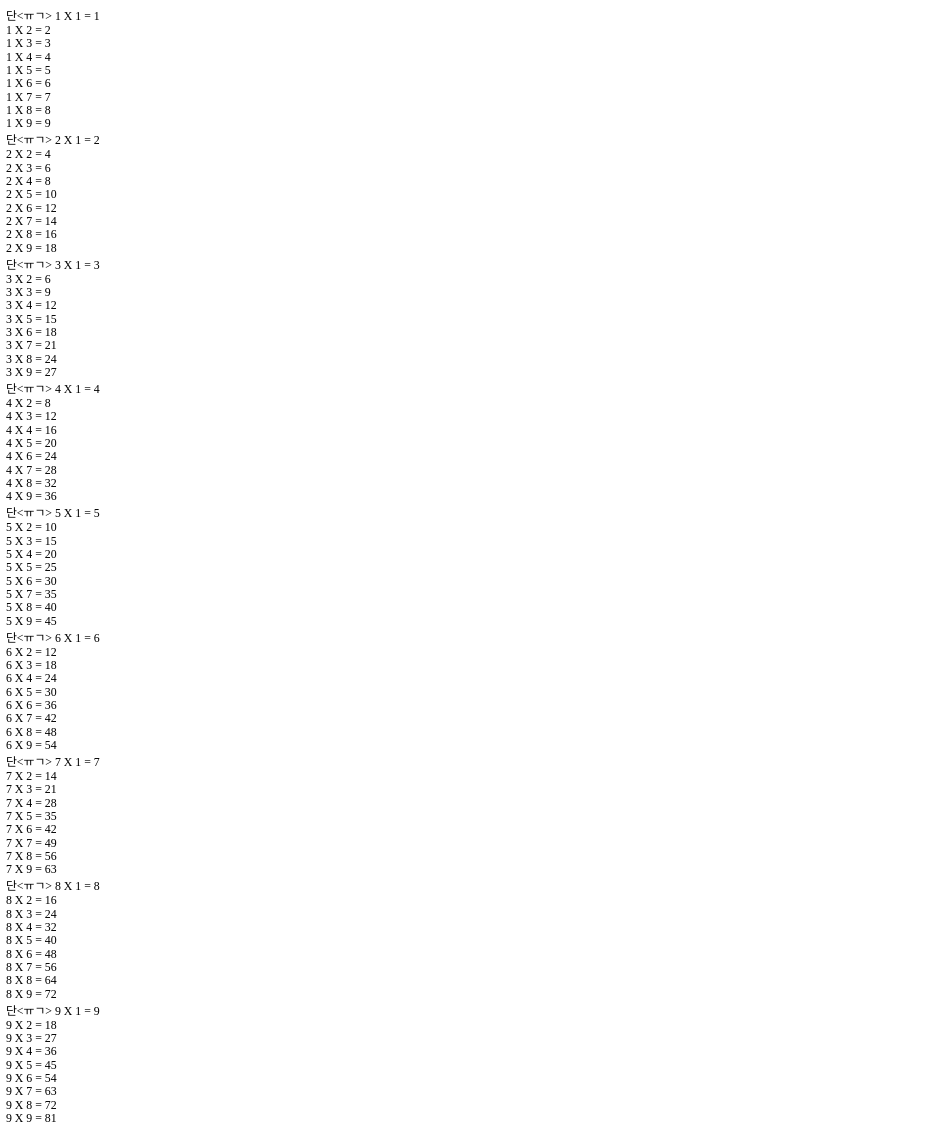
Repository: LeeJungHoon1/javaWeb
Page: http://localhost/ELprj0908_t/ex9
The author's editor kept a copy of each file at every save. The page is drawn from the files as they stood at one save, then again after the next save.
The browser window is 1280 px wide. The pictures show the whole page, at 74% of full size.
The page is served by Tomcat 9.

Above is the page before, as saved 2023-09-08 06:16:58.

After the next save:
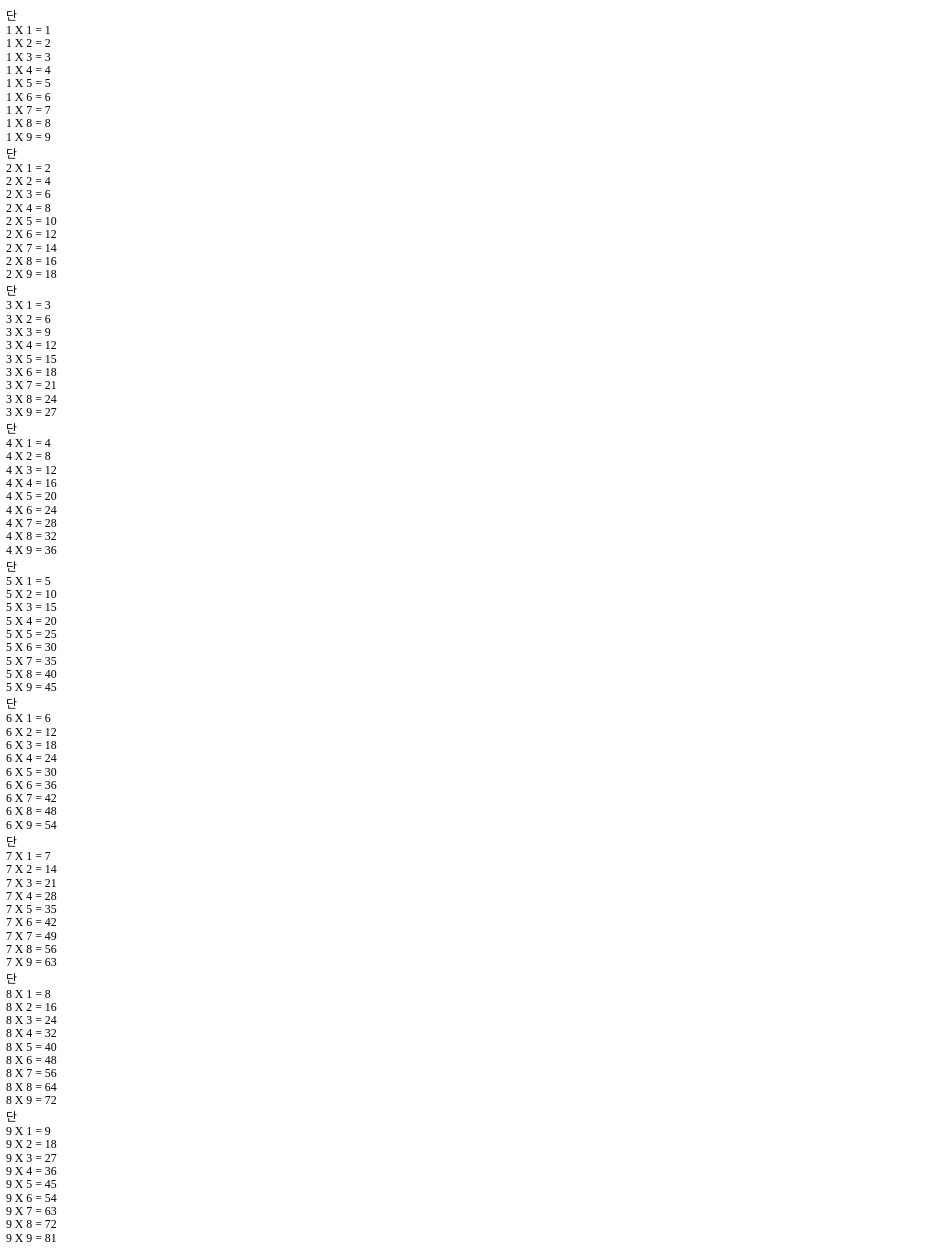
Saved 8 s later.
--- a/ELprj0908_t/src/main/webapp/WEB-INF/views/ex9.jsp
+++ b/ELprj0908_t/src/main/webapp/WEB-INF/views/ex9.jsp
@@ -11,7 +11,7 @@
 
 
 <c:forEach var="i" begin="1" end="9">
-	${j}단<ㅠㄱ>
+	${j}단 <br>
 	<c:forEach var="j" begin="1" end="9">
 		${i} X ${j} = ${i*j}<br>
 	</c:forEach>
